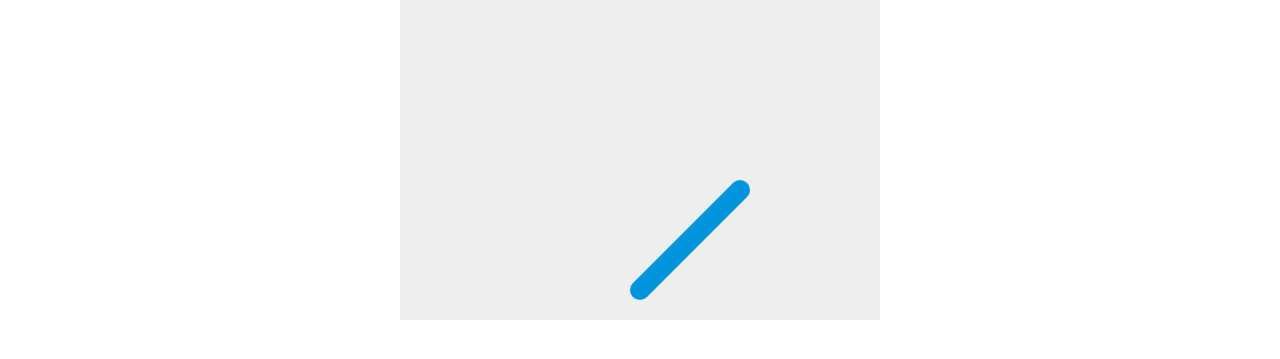
Repository: hara-PG/javascript_operation
Page: block_game/index.html
An editor plug-in stored every save of this project. The page is shown before and after the next save, followed by the edit.
The browser window is 1280 px wide. The pictures show the whole page.

Above is the page before, as saved 2022-06-21 16:25:41.

### block_game/index.html
<!DOCTYPE html>
<html lang="ja">
  <head>
    <meta charset="UTF-8" />
    <meta http-equiv="X-UA-Compatible" content="IE=edge" />
    <meta name="viewport" content="width=device-width, initial-scale=1.0" />
    <title>Game Canvas Workshop</title>
    <link rel="stylesheet" href="style.css" />
  </head>
  <body>
    <canvas id="myCanvas" width="480" height="320"></canvas>

    <script type="text/javascript" src="game.js"></script>
  </body>
</html>

### block_game/style.css
* {
  padding: 0;
  margin: 0;
}
canvas {
  background: #eee;
  display: block;
  margin: auto;
}

### block_game/game.js
var canvas = document.getElementById("myCanvas"); // DOMでidの要素を変数canvasに代入
var ctx = canvas.getContext("2d");

// ctx.beginPath();
// ctx.rect(20, 40, 50, 50);
// ctx.fillStyle = "#FF0000";
// ctx.fill();
// ctx.closePath();

// ctx.beginPath();
// ctx.arc(240, 160, 20, 0, Math.PI * 2, false);
// ctx.fillStyle = "green";
// ctx.fill();
// ctx.closePath();

// ctx.beginPath();
// ctx.rect(160, 10, 100, 40);
// ctx.fillStyle = "rgba(0,0,255,0.5)";
// ctx.fill();
// ctx.closePath();

var x = canvas.width / 2;
var y = canvas.height - 30;
var dx = 2;
var dy = -2;

function draw() {
  ctx.beginPath();
  ctx.arc(x, y, 10, 0, Math.PI * 2);
  ctx.fillStyle = "#0095DD";
  ctx.fill();
  ctx.closePath();
  x += dx;
  y += dy;
}
setInterval(draw, 100);

draw();

After the next save:
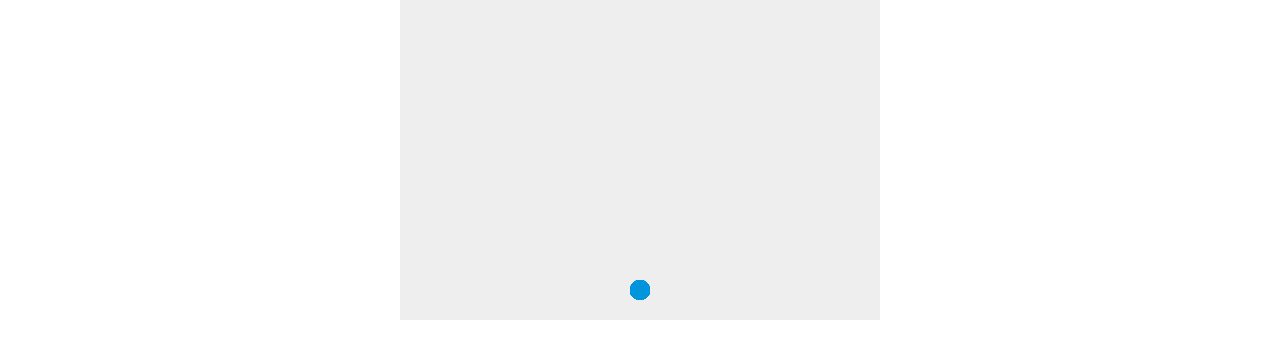
Console error: TypeError: Assignment to constant variable.
Saved 36 s later.
--- a/block_game/game.js
+++ b/block_game/game.js
@@ -19,8 +19,8 @@
 // ctx.fill();
 // ctx.closePath();
 
-var x = canvas.width / 2;
-var y = canvas.height - 30;
+const x = canvas.width / 2;
+const y = canvas.height - 30;
 var dx = 2;
 var dy = -2;
 

After the save that followed:
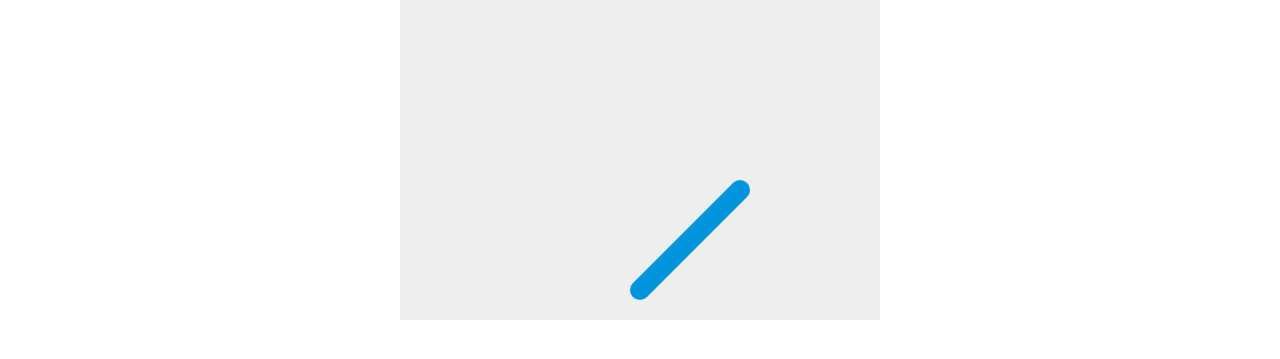
The error is gone.
Saved 21 s later.
--- a/block_game/game.js
+++ b/block_game/game.js
@@ -19,8 +19,8 @@
 // ctx.fill();
 // ctx.closePath();
 
-const x = canvas.width / 2;
-const y = canvas.height - 30;
+let x = canvas.width / 2;
+let y = canvas.height - 30;
 var dx = 2;
 var dy = -2;
 
